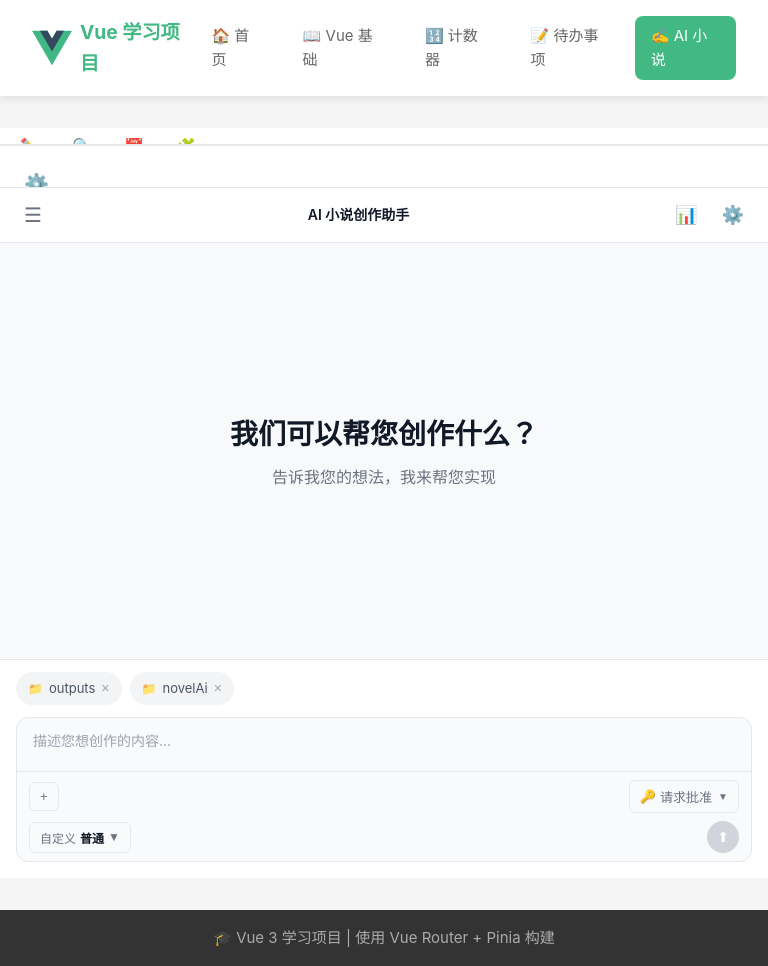
Repository: SergeXie/ai-novel-writer
Page: /novel (app in vue-project/)
An editor plug-in stored every save of this project. The page is shown before and after the next save, followed by the edit.
The browser window is 768 px wide. The pictures show the whole page.
The project was rebuilt for these pictures with package versions that can differ from the ones it lists, and the page was loaded fresh each time. Also part of the build but not shown: vue-project/vite.config.ts, vue-project/src/views/HomeView.vue.

Above is the page before, as saved 2026-07-15 14:41:14.

After the next save:
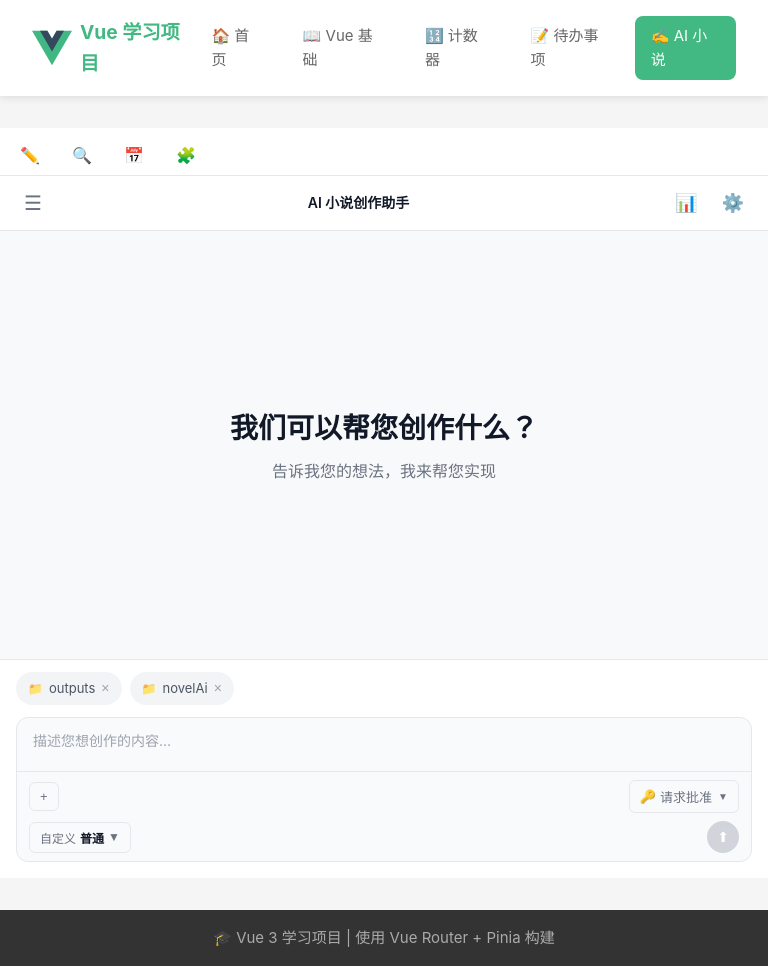
Saved 67 s later.
--- a/vue-project/src/views/NovelView.vue
+++ b/vue-project/src/views/NovelView.vue
@@ -321,21 +321,6 @@ onUnmounted(() => {
   overflow: hidden;
 }
 
-/* 响应式布局 - 平板 */
-@media (max-width: 1024px) {
-  .novel-app {
-    height: calc(100vh - 60px);
-  }
-}
-
-/* 响应式布局 - 手机 */
-@media (max-width: 768px) {
-  .novel-app {
-    height: calc(100vh - 50px);
-    flex-direction: column;
-  }
-}
-
 /* ===== 左侧边栏 ===== */
 .sidebar {
   width: 260px;
@@ -824,16 +809,23 @@ onUnmounted(() => {
   }
 
   .sidebar {
-    width: 100%;
-    height: auto;
+    width: 100% !important;
+    min-width: 0;
     max-height: 60vh;
     border-right: none;
     border-bottom: 1px solid #e5e7eb;
   }
 
   .sidebar.collapsed {
-    width: 100%;
-    max-height: 60px;
+    width: 100% !important;
+    min-width: 0;
+    max-height: 48px;
+    overflow: hidden;
+  }
+
+  .sidebar.collapsed .sidebar-section,
+  .sidebar.collapsed .sidebar-footer {
+    display: none;
   }
 
   .sidebar-menu {
@@ -841,11 +833,13 @@ onUnmounted(() => {
     overflow-x: auto;
     padding: 8px;
     gap: 8px;
+    flex-shrink: 0;
   }
 
   .sidebar-menu .menu-btn {
     width: auto;
     min-width: fit-content;
+    flex-shrink: 0;
   }
 
   .sidebar-menu .menu-btn .text {
@@ -854,6 +848,7 @@ onUnmounted(() => {
 
   .sidebar-section {
     max-height: 200px;
+    flex-shrink: 0;
   }
 
   .main-area {
